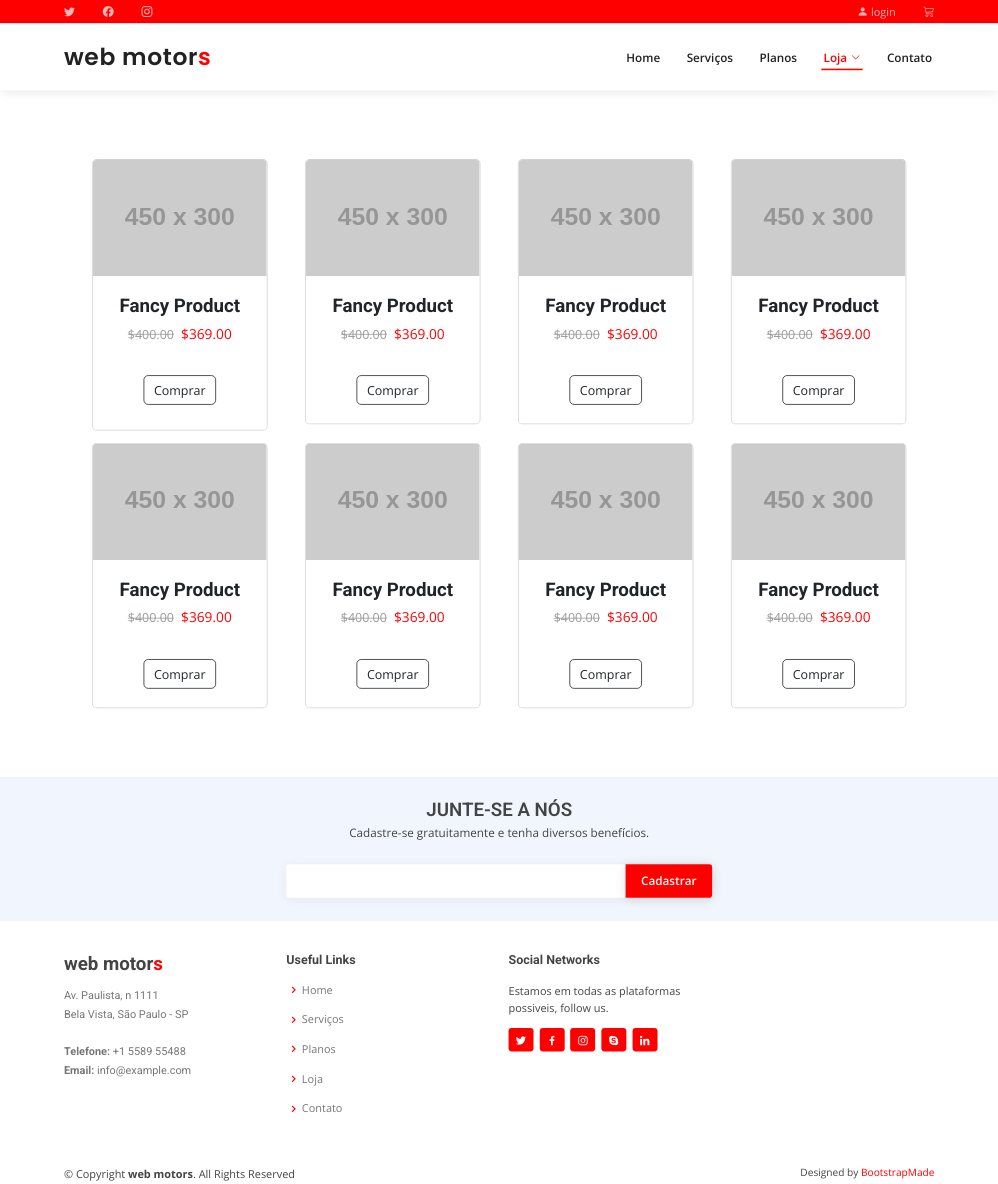
Repository: 01nethy/WebMotors
Page: produtos.html
These files come from the project's save history. The page is drawn as it stood at one moment and after the next save; the edit follows.
The browser window is 1280 px wide. The pictures show the whole page, at 78% of full size.

Above is the page before, as saved 2023-12-08 15:14:54.

### produtos.html
<!DOCTYPE html>
<html lang="pt-BR">

<head>
  <meta charset="utf-8">
  <meta content="width=device-width, initial-scale=1.0" name="viewport">

  <title>Produtos Automotivos - Web Motors</title>
  <meta content="" name="description">
  <meta content="" name="keywords">

  <!-- Favicons -->
  <link href="assets/img/favicon.png" rel="icon">
  <link href="assets/img/apple-touch-icon.png" rel="apple-touch-icon">

  <!-- Google Fonts -->
  <link
    href="https://fonts.googleapis.com/css?family=Open+Sans:300,300i,400,400i,600,600i,700,700i|Roboto:300,300i,400,400i,500,500i,600,600i,700,700i|Poppins:300,300i,400,400i,500,500i,600,600i,700,700i"
    rel="stylesheet">

  <!-- Vendor CSS Files -->
  <link href="assets/vendor/aos/aos.css" rel="stylesheet">
  <link href="assets/vendor/bootstrap/css/bootstrap.min.css" rel="stylesheet">
  <link href="assets/vendor/bootstrap-icons/bootstrap-icons.css" rel="stylesheet">
  <link href="assets/vendor/boxicons/css/boxicons.min.css" rel="stylesheet">
  <link href="assets/vendor/glightbox/css/glightbox.min.css" rel="stylesheet">
  <link href="assets/vendor/swiper/swiper-bundle.min.css" rel="stylesheet">

  <!-- Template Main CSS File -->
  <link href="assets/css/style.css" rel="stylesheet">

  <!-- =======================================================
  * Template Name: BizLand
  * Updated: Jul 27 2023 with Bootstrap v5.3.1
  * Template URL: https://bootstrapmade.com/bizland-bootstrap-business-template/
  * Author: BootstrapMade.com
  * License: https://bootstrapmade.com/license/
  ======================================================== -->
</head>

<body>
 <!-- ======= Top Bar ======= -->
 <section id="topbar" class="d-flex align-items-center">
  <div id="topajust" class="container d-flex">
    <div class="social-links col-6 ">
      <a href="#" class="twitter m-0"><i class="bi bi-twitter"></i></a>
      <a href="#" class="facebook"><i class="bi bi-facebook"></i></a>
      <a href="#" class="instagram"><i class="bi bi-instagram"></i></a>
      <!-- <a href="#" class="linkedin"><i class="bi bi-linkedin"></i></i></a> -->
    </div>
    <div class="social-links col-6 text-end">
      <a href="login.html"><i class="bi bi-person-fill"></i> login </a>
      <a href="cart.html"> <i class="bi bi-cart3"></i></a>
    </div>
  </div>
</section>

  <!-- ======= Header nav ======= -->
  <header id="header" class="d-flex">
    <div class="container d-flex align-items-center justify-content-between"">
      <h1 class=" logo"><a href="index.html">web motor<span>s</span></a></h1>
      <nav id="navbar" class="nav navbar justify-content-end">
        <ul>
          <li><a class="nav-link scrollto" href="index.html">Home</a></li>
          <!-- <li><a class="nav-link scrollto" href="#about">Mecanica</a></li>-->
          <li><a class="nav-link scrollto" href="index.html #services">Serviços</a></li>
          <!-- <li><a class="nav-link scrollto " href="#portfolio">Aditivo</a></li>-->
          <li><a class="nav-link scrollto" href="index.html #pricing">Planos</a></li>
          <li class="dropdown"><a class="active" href="produtos.html"><span>Loja</span> <i class="bi bi-chevron-down"></i></a>
            <ul>
              <li><a href="#">Aditivos</a></li>
              <!-- <li class="dropdown"><a href="#"><span>Deep Drop Down</span> <i class="bi bi-chevron-right"></i></a>
                <ul>
                  <li><a href="#">Deep Drop Down 1</a></li>
                  <li><a href="#">Deep Drop Down 2</a></li>
                  <li><a href="#">Deep Drop Down 3</a></li>
                  <li><a href="#">Deep Drop Down 4</a></li>
                  <li><a href="#">Deep Drop Down 5</a></li>
                </ul>
              </li> -->
              <li><a href="#">Borracha</a></li>
              <li><a href="#">Pneus</a></li>
            </ul>
          </li>
          <li><a class="nav-link scrollto" href="index.html #contact">Contato</a></li>
        </ul>
        <i class="bi bi-list mobile-nav-toggle"></i>
      </nav><!-- .navbar -->
    </div>
  </header>

  <main id="main" data-aos="fade-up">
    <section class="inner-page">
      <div class="container px-4 px-lg-5 mt-5">
        <div class="row gx-4 gx-lg-5 row-cols-2 row-cols-md-3 row-cols-xl-4 justify-content-center">
          <div class="col mb-3">
            <div class="card h-100">
              <img class="card-img-top" src="https://dummyimage.com/450x300/dee2e6/6c757d.jpg" alt="..." />
              <div class="p-4">
              <div class="text-center">
                <h4 class="fw-bolder">Fancy Product</h4>
                <p class="item-price">
                  <strike>$400.00</strike> <span>$369.00</span>
                </p>
              </div>
            </div>
              <div class="card-footer p-4 pt-0 border-top-0 bg-transparent">
                <div class="text-center"><a class="btn btn-outline-dark mt-auto" href="#">Comprar</a>
                </div>
              </div>
            </div>
          </div>
          <div class="col mb-4">
            <div class="card h-100">
              <img class="card-img-top" src="https://dummyimage.com/450x300/dee2e6/6c757d.jpg" alt="..." />
              <div class="p-4">
              <div class="text-center">
                <h4 class="fw-bolder">Fancy Product</h4>
                <p class="item-price">
                  <strike>$400.00</strike> <span>$369.00</span>
                </p>
              </div>
            </div>
              <div class="card-footer p-4 pt-0 border-top-0 bg-transparent">
                <div class="text-center"><a class="btn btn-outline-dark mt-auto" href="#">Comprar</a>
                </div>
              </div>
            </div>
          </div>
          <div class="col mb-4">
            <div class="card h-100">
              <img class="card-img-top" src="https://dummyimage.com/450x300/dee2e6/6c757d.jpg" alt="..." />
              <div class="p-4">
              <div class="text-center">
                <h4 class="fw-bolder">Fancy Product</h4>
                <p class="item-price">
                  <strike>$400.00</strike> <span>$369.00</span>
                </p>
              </div>
            </div>
              <div class="card-footer p-4 pt-0 border-top-0 bg-transparent">
                <div class="text-center"><a class="btn btn-outline-dark mt-auto" href="#">Comprar</a>
                </div>
              </div>
            </div>
          </div>
          <div class="col mb-4">
            <div class="card h-100">
              <img class="card-img-top" src="https://dummyimage.com/450x300/dee2e6/6c757d.jpg" alt="..." />
              <div class="p-4">
              <div class="text-center">
                <h4 class="fw-bolder">Fancy Product</h4>
                <p class="item-price">
                  <strike>$400.00</strike> <span>$369.00</span>
                </p>
              </div>
            </div>
              <div class="card-footer p-4 pt-0 border-top-0 bg-transparent">
                <div class="text-center"><a class="btn btn-outline-dark mt-auto" href="#">Comprar</a>
                </div>
              </div>
            </div>
          </div>
          <div class="col mb-5">
            <div class="card h-100">
              <img class="card-img-top" src="https://dummyimage.com/450x300/dee2e6/6c757d.jpg" alt="..." />
              <div class="p-4">
              <div class="text-center">
                <h4 class="fw-bolder">Fancy Product</h4>
                <p class="item-price">
                  <strike>$400.00</strike> <span>$369.00</span>
                </p>
              </div>
            </div>
              <div class="card-footer p-4 pt-0 border-top-0 bg-transparent">
                <div class="text-center"><a class="btn btn-outline-dark mt-auto" href="#">Comprar</a>
                </div>
              </div>
            </div>
          </div>
          <div class="col mb-5">
            <div class="card h-100">
              <img class="card-img-top" src="https://dummyimage.com/450x300/dee2e6/6c757d.jpg" alt="..." />
              <div class="p-4">
              <div class="text-center">
                <h4 class="fw-bolder">Fancy Product</h4>
                <p class="item-price">
                  <strike>$400.00</strike> <span>$369.00</span>
                </p>
              </div>
            </div>
              <div class="card-footer p-4 pt-0 border-top-0 bg-transparent">
                <div class="text-center"><a class="btn btn-outline-dark mt-auto" href="#">Comprar</a>
                </div>
              </div>
            </div>
          </div>
          <div class="col mb-5">
            <div class="card h-100">
              <img class="card-img-top" src="https://dummyimage.com/450x300/dee2e6/6c757d.jpg" alt="..." />
              <div class="p-4">
              <div class="text-center">
                <h4 class="fw-bolder">Fancy Product</h4>
                <p class="item-price">
                  <strike>$400.00</strike> <span>$369.00</span>
                </p>
              </div>
            </div>
              <div class="card-footer p-4 pt-0 border-top-0 bg-transparent">
                <div class="text-center"><a class="btn btn-outline-dark mt-auto" href="#">Comprar</a>
                </div>
              </div>
            </div>
          </div>
          <div class="col mb-5">
            <div class="card h-100">
              <img class="card-img-top" src="https://dummyimage.com/450x300/dee2e6/6c757d.jpg" alt="..." />
              <div class="p-4">
              <div class="text-center">
                <h4 class="fw-bolder">Fancy Product</h4>
                <p class="item-price">
                  <strike>$400.00</strike> <span>$369.00</span>
                </p>
              </div>
            </div>
              <div class="card-footer p-4 pt-0 border-top-0 bg-transparent">
                <div class="text-center"><a class="btn btn-outline-dark mt-auto" href="#">Comprar</a>
                </div>
              </div>
            </div>
          </div>

        </div>
      </div>
    </section>
  </main><!-- End #main -->

 <!-- ======= Footer ======= -->
 <footer id="footer">
  <div class="footer-newsletter">
    <div class="container">
      <div class="row justify-content-center">
        <div class="col-lg-6">
          <h4>JUNTE-SE A NÓS</h4>
          <p>Cadastre-se gratuitamente e tenha diversos benefícios.</p>
          <form action="" method="post">
            <input type="email" name="email"><input type="submit" value="Cadastrar">
          </form>
        </div>
      </div>
    </div>
  </div>
  <div class="footer-top">
    <div class="container">
      <div class="row">
        <div class="col-lg-3 col-md-6 footer-contact">
          <h3>web motor<span>s</span></h3>
          <p>
            Av. Paulista, n 1111 <br>
            Bela Vista, São Paulo - SP<br>
            <br>
            <strong>Telefone:</strong> +1 5589 55488<br>
            <strong>Email:</strong> info@example.com<br>
          </p>
        </div>
        <div class="col-lg-3 col-md-6 footer-links">
          <h4>Useful Links</h4>
          <ul>
            <li><i class="bx bx-chevron-right"></i> <a href="#">Home</a></li>
            <li><i class="bx bx-chevron-right"></i> <a href="#">Serviços</a></li>
            <li><i class="bx bx-chevron-right"></i> <a href="#">Planos</a></li>
            <li><i class="bx bx-chevron-right"></i> <a href="#">Loja</a></li>
            <li><i class="bx bx-chevron-right"></i> <a href="#">Contato</a></li>
          </ul>
        </div>
        <div class="col-lg-3 col-md-6 footer-links">
          <h4>Social Networks</h4>
          <p>Estamos em todas as plataformas possiveis,
            follow us.</p>
          <div class="social-links mt-3">
            <a href="#" class="twitter"><i class="bx bxl-twitter"></i></a>
            <a href="#" class="facebook"><i class="bx bxl-facebook"></i></a>
            <a href="#" class="instagram"><i class="bx bxl-instagram"></i></a>
            <a href="#" class="google-plus"><i class="bx bxl-skype"></i></a>
            <a href="#" class="linkedin"><i class="bx bxl-linkedin"></i></a>
          </div>
        </div>
      </div>
    </div>
  </div>
  <div class="container py-4">
    <div class="copyright">
      &copy; Copyright <strong><span>web motors</span></strong>. All Rights Reserved
    </div>
    <div class="credits">
      <!-- All the links in the footer should remain intact. -->
      <!-- You can delete the links only if you purchased the pro version. -->
      <!-- Licensing information: https://bootstrapmade.com/license/ -->
      <!-- Purchase the pro version with working PHP/AJAX contact form: https://bootstrapmade.com/web motors-bootstrap-business-template/ -->
      Designed by <a href="https://bootstrapmade.com/">BootstrapMade</a>
    </div>
  </div>
</footer>

  <div id="preloader"></div>
  <a href="#" class="back-to-top d-flex align-items-center justify-content-center"><i
      class="bi bi-arrow-up-short"></i></a>

  <!-- Vendor JS Files -->
  <script src="assets/vendor/purecounter/purecounter_vanilla.js"></script>
  <script src="assets/vendor/aos/aos.js"></script>
  <script src="assets/vendor/bootstrap/js/bootstrap.bundle.min.js"></script>
  <script src="assets/vendor/glightbox/js/glightbox.min.js"></script>
  <script src="assets/vendor/isotope-layout/isotope.pkgd.min.js"></script>
  <script src="assets/vendor/swiper/swiper-bundle.min.js"></script>
  <script src="assets/vendor/waypoints/noframework.waypoints.js"></script>
  <script src="assets/vendor/php-email-form/validate.js"></script>

  <!-- Template Main JS File -->
  <script src="assets/js/main.js"></script>
</body>
</html>

Loaded but not shown: assets/vendor/aos/aos.css (library); assets/vendor/bootstrap/css/bootstrap.min.css (library); assets/vendor/bootstrap-icons/bootstrap-icons.css (library); assets/vendor/boxicons/css/boxicons.min.css (library); assets/vendor/glightbox/css/glightbox.min.css (library); assets/vendor/swiper/swiper-bundle.min.css (library); assets/vendor/purecounter/purecounter_vanilla.js (library); assets/vendor/aos/aos.js (library); assets/vendor/bootstrap/js/bootstrap.bundle.min.js (library); assets/vendor/glightbox/js/glightbox.min.js (library); assets/vendor/isotope-layout/isotope.pkgd.min.js (library); assets/vendor/swiper/swiper-bundle.min.js (library); assets/vendor/waypoints/noframework.waypoints.js (library); assets/vendor/php-email-form/validate.js (common file); assets/js/main.js (289 lines, source omitted); assets/css/style.css (2218 lines, source omitted)

After the next save:
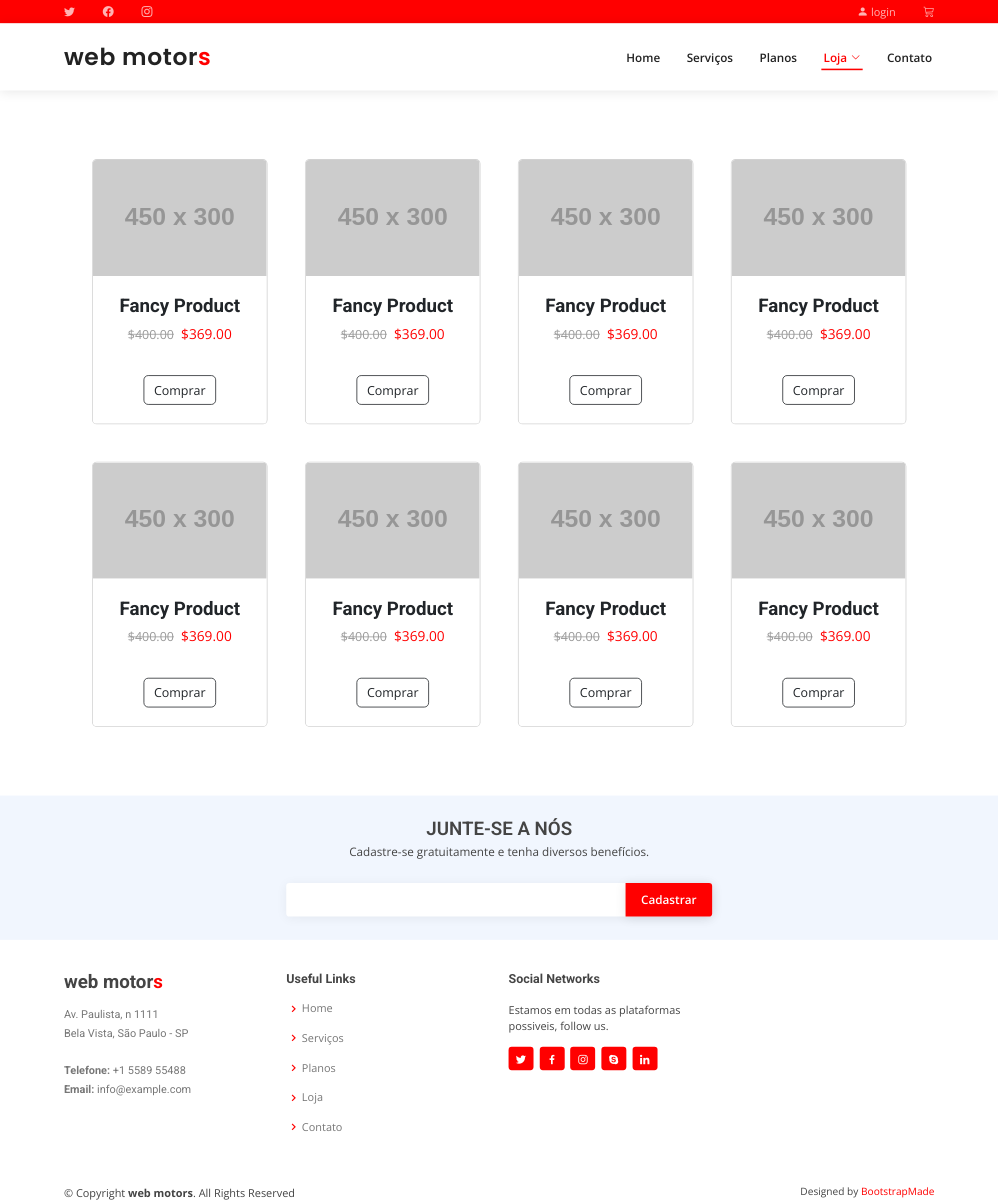
Saved 102 s later.
--- a/produtos.html
+++ b/produtos.html
@@ -93,58 +93,58 @@
     <section class="inner-page">
       <div class="container px-4 px-lg-5 mt-5">
         <div class="row gx-4 gx-lg-5 row-cols-2 row-cols-md-3 row-cols-xl-4 justify-content-center">
-          <div class="col mb-3">
-            <div class="card h-100">
-              <img class="card-img-top" src="https://dummyimage.com/450x300/dee2e6/6c757d.jpg" alt="..." />
-              <div class="p-4">
-              <div class="text-center">
-                <h4 class="fw-bolder">Fancy Product</h4>
-                <p class="item-price">
-                  <strike>$400.00</strike> <span>$369.00</span>
-                </p>
-              </div>
-            </div>
-              <div class="card-footer p-4 pt-0 border-top-0 bg-transparent">
-                <div class="text-center"><a class="btn btn-outline-dark mt-auto" href="#">Comprar</a>
-                </div>
-              </div>
-            </div>
-          </div>
-          <div class="col mb-4">
-            <div class="card h-100">
-              <img class="card-img-top" src="https://dummyimage.com/450x300/dee2e6/6c757d.jpg" alt="..." />
-              <div class="p-4">
-              <div class="text-center">
-                <h4 class="fw-bolder">Fancy Product</h4>
-                <p class="item-price">
-                  <strike>$400.00</strike> <span>$369.00</span>
-                </p>
-              </div>
-            </div>
-              <div class="card-footer p-4 pt-0 border-top-0 bg-transparent">
-                <div class="text-center"><a class="btn btn-outline-dark mt-auto" href="#">Comprar</a>
-                </div>
-              </div>
-            </div>
-          </div>
-          <div class="col mb-4">
-            <div class="card h-100">
-              <img class="card-img-top" src="https://dummyimage.com/450x300/dee2e6/6c757d.jpg" alt="..." />
-              <div class="p-4">
-              <div class="text-center">
-                <h4 class="fw-bolder">Fancy Product</h4>
-                <p class="item-price">
-                  <strike>$400.00</strike> <span>$369.00</span>
-                </p>
-              </div>
-            </div>
-              <div class="card-footer p-4 pt-0 border-top-0 bg-transparent">
-                <div class="text-center"><a class="btn btn-outline-dark mt-auto" href="#">Comprar</a>
-                </div>
-              </div>
-            </div>
-          </div>
-          <div class="col mb-4">
+          <div class="col mb-5">
+            <div class="card h-100">
+              <img class="card-img-top" src="https://dummyimage.com/450x300/dee2e6/6c757d.jpg" alt="..." />
+              <div class="p-4">
+              <div class="text-center">
+                <h4 class="fw-bolder">Fancy Product</h4>
+                <p class="item-price">
+                  <strike>$400.00</strike> <span>$369.00</span>
+                </p>
+              </div>
+            </div>
+              <div class="card-footer p-4 pt-0 border-top-0 bg-transparent">
+                <div class="text-center"><a class="btn btn-outline-dark mt-auto" href="#">Comprar</a>
+                </div>
+              </div>
+            </div>
+          </div>
+          <div class="col mb-5">
+            <div class="card h-100">
+              <img class="card-img-top" src="https://dummyimage.com/450x300/dee2e6/6c757d.jpg" alt="..." />
+              <div class="p-4">
+              <div class="text-center">
+                <h4 class="fw-bolder">Fancy Product</h4>
+                <p class="item-price">
+                  <strike>$400.00</strike> <span>$369.00</span>
+                </p>
+              </div>
+            </div>
+              <div class="card-footer p-4 pt-0 border-top-0 bg-transparent">
+                <div class="text-center"><a class="btn btn-outline-dark mt-auto" href="#">Comprar</a>
+                </div>
+              </div>
+            </div>
+          </div>
+          <div class="col mb-5">
+            <div class="card h-100">
+              <img class="card-img-top" src="https://dummyimage.com/450x300/dee2e6/6c757d.jpg" alt="..." />
+              <div class="p-4">
+              <div class="text-center">
+                <h4 class="fw-bolder">Fancy Product</h4>
+                <p class="item-price">
+                  <strike>$400.00</strike> <span>$369.00</span>
+                </p>
+              </div>
+            </div>
+              <div class="card-footer p-4 pt-0 border-top-0 bg-transparent">
+                <div class="text-center"><a class="btn btn-outline-dark mt-auto" href="#">Comprar</a>
+                </div>
+              </div>
+            </div>
+          </div>
+          <div class="col mb-5">
             <div class="card h-100">
               <img class="card-img-top" src="https://dummyimage.com/450x300/dee2e6/6c757d.jpg" alt="..." />
               <div class="p-4">
